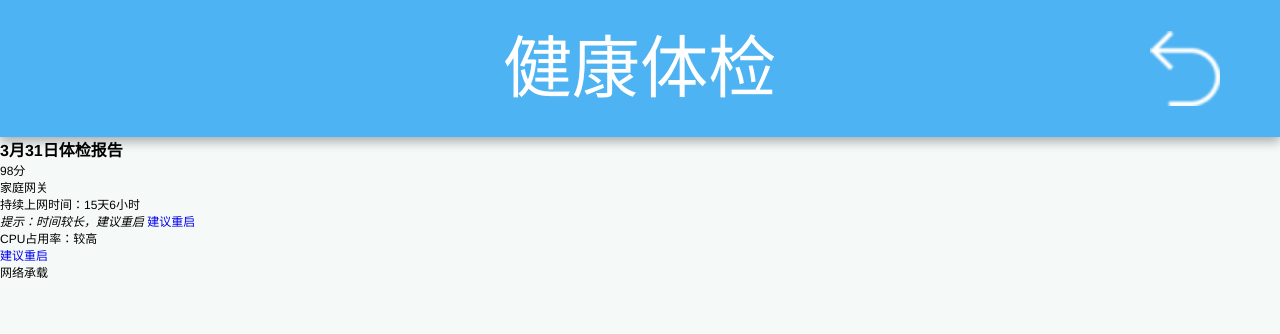
Repository: wangbiaozy/8.24
Page: index_health.html
The author's editor kept a copy of each file at every save. The page is drawn from the files as they stood at one save, then again after the next save.
The browser window is 1280 px wide. The pictures show the whole page.

Above is the page before, as saved 2018-08-23 20:24:37.

### index_health.html
<!DOCTYPE html>
<html lang="en">
<head>
    <meta charset="UTF-8">
    <meta name="viewport"
          content="width=device-width, user-scalable=no, initial-scale=1.0, maximum-scale=1.0, minimum-scale=1.0">
    <title>Title</title>
    <link rel="stylesheet" href="css/reset.min.css">
    <link rel="stylesheet/less" href="css/styles_test.less">
    <script src="js/less-1.7.0.min.js"></script>
</head>
<body>
    <header>
        <p>健康体检</p>
        <a class="back" href="javascript:void(0)"></a>
    </header>
    <main>
        <div class="head">
            <h2>
                <a href=""></a>
                <p><span>3月31日</span>体检报告</p>
                <a href=""></a>
            </h2>
            <p><span>98</span>分</p>
        </div>
        <div class="title">
            <span></span>
            <p>家庭网关</p>
        </div>
        <ul>
            <li>
                <p>持续上网时间：<span>15天6小时</span></p>
                <i>提示：时间较长，建议重启</i>
                <a href="javascript:void(0)">建议重启</a>
            </li>
            <li>
                <p>CPU占用率：<span>较高</span></p>
                <a href="javascript:void(0)">建议重启</a>
            </li>
        </ul>
        <div class="title">
            <span></span>
            <p>网络承载</p>
        </div>
    </main>
</body>
</html>
<script src="js/jquery-1.10.1.min.js"></script>
<script src="js/index.js"></script>

### css/reset.min.css
@charset "utf-8";
/*默认样式清除和初始化*/
body,h1,h2,h3,h4,h5,h6,hr,p,blockquote,dl,dt,dd,ul,ol,li,button,input,textarea,th,td{margin:0;padding:0}body{font-size:12px;font-style:normal;font-family:"\5FAE\8F6F\96C5\9ED1",Helvetica,sans-serif}small{font-size:12px}h1{font-size:18px}h2{font-size:16px}h3{font-size:14px}h4,h5,h6{font-size:100%}ul,ol{list-style:none}a{text-decoration:none;background-color:transparent}a:hover,a:active{outline-width:0;text-decoration:none}table{border-collapse:collapse;border-spacing:0}hr{border:0;height:1px}img{border-style:none}img:not([src]){display:none}svg:not(:root){overflow:hidden}html{-webkit-touch-callout:none;-webkit-text-size-adjust:100%}input,textarea,button,a{-webkit-tap-highlight-color:rgba(0,0,0,0)}article,aside,details,figcaption,figure,footer,header,main,menu,nav,section,summary{display:block}audio,canvas,progress,video{display:inline-block}audio:not([controls]),video:not([controls]){display:none;height:0}progress{vertical-align:baseline}mark{background-color:#ff0;color:#000}sub,sup{position:relative;font-size:75%;line-height:0;vertical-align:baseline}sub{bottom:-0.25em}sup{top:-0.5em}button,input,select,textarea{font-size:100%;outline:0}button,input{overflow:visible}button,select{text-transform:none}textarea{overflow:auto}button,html [type="button"],[type="reset"],[type="submit"]{-webkit-appearance:button}button::-moz-focus-inner,[type="button"]::-moz-focus-inner,[type="reset"]::-moz-focus-inner,[type="submit"]::-moz-focus-inner{border-style:none;padding:0}button:-moz-focusring,[type="button"]:-moz-focusring,[type="reset"]:-moz-focusring,[type="submit"]:-moz-focusring{outline:1px dotted ButtonText}[type="checkbox"],[type="radio"]{box-sizing:border-box;padding:0}[type="number"]::-webkit-inner-spin-button,[type="number"]::-webkit-outer-spin-button{height:auto}[type="search"]{-webkit-appearance:textfield;outline-offset:-2px}[type="search"]::-webkit-search-cancel-button,[type="search"]::-webkit-search-decoration{-webkit-appearance:none}::-webkit-input-placeholder{color:inherit;opacity:.54}::-webkit-file-upload-button{-webkit-appearance:button;font:inherit}.clear:after{display:block;height:0;content:"";clear:both}
*{ -webkit-tap-highlight-color: rgba(0,0,0,0);-webkit-tap-highlight-color: transparent; /* For some Androids */ }

### js/index.js
(function (doc, win) {
    var docEl = doc.documentElement,
        resizeEvt = 'orientationchange' in window ? 'orientationchange' : 'resize',
        recalc = function () {
            var clientWidth = docEl.clientWidth;
            if (!clientWidth) return;
            docEl.style.fontSize = 100 * (clientWidth / 750) + 'px';
        };
    if (!doc.addEventListener) return;
    win.addEventListener(resizeEvt, recalc, false);
    doc.addEventListener('DOMContentLoaded', recalc, false);
})(document, window);
$(function () {

    //首页一键体检
    $('#beforeBtn').on('click',function(){
        $('.before').hide();
        $('.check').show();
        $('.progress').circleProgress({
            value: 1,
            size: 115,
            startAngle: Math.PI/2,
            thickness: 14,
            animation: {duration:12000},//进度条完成时间（ms）
            fill: {
                gradient: ["#32edfd"]
            },
            //circle-animation-start：	function(event)-event - jQ事件
            //circle-animation-progress：	function(event, animationProgress, stepValue)：-event - jQ事件 animationProgress - 从0.0到1.0stepValue - 当前的步长值，从0.0到value
            //circle-animation-end:	function(event)：-event - jQ事件
        }).on('circle-animation-progress', function (event, progress, stepValue) {
                $(this).find('span').html(parseInt(stepValue.toFixed(2) * 100));
        }).on('circle-animation-end',function(){
            $('.message').removeClass('move');
            stop();
            $('.check').hide();
            $('.result').show();
        });
        start();
        messageMove();
    });

    //远程测速
    (function () {
        try {
            $('.progress_1').circleProgress({
                value: 1,
                size: 150,
                startAngle: Math.PI / 2,
                thickness: 14,
                animation: { duration: 24000 },//进度条完成时间（ms）
                fill: {
                    gradient: ["#32edfd"]
                },
            }).on('circle-animation-progress', function (event, progress, stepValue) {
                $(this).find('span').html(parseInt(stepValue.toFixed(2) * 100));
            }).on('circle-animation-end', function () {
                stop();
                $('.result_1').show();
                /* if(success){
                    $('.result_1').show();
                }else{
                    $('.result_2').show();
                } */
            });
            start();
        } catch{ }
    })();

    //优化按钮显示优化弹窗
    $('#showOptimizeTcBtn').on('click',function(){
        $('.tc_optimize').show();
    });


    //检查项滚动
    var messageInnerText = '1111';
    function messageScroll(){
        $('.message').children('li:first-child').remove();
        $('.message').append('<li>'+messageInnerText+'</li>');
        if(!$('.message').hasClass('move')){
            window.clearInterval(timer);
        }
    }
    function messageMove(){
        timer = window.setInterval(messageScroll,500);
    }


    //检测时间
    var hour,minute,second;
    hour=minute=second=0;
    var millisecond=0;
    var int;
    function start(){
        int=setInterval(times,50);
    }
    function times(){
        millisecond=millisecond+50;
        if(millisecond>=1000){
            millisecond=0;
            second=second+1;
        }
        if(second>=60){
            second=0;
            minute=minute+1;
        }

        if(minute>=60){
            minute=0;
            hour=hour+1;
        }
      $('#timeText').text((hour<10?"0"+hour:hour)+':'+(minute<10?"0"+minute:minute)+':'+(second<10?"0"+second:second));
    }
    function stop(){
        window.clearInterval(int);
    }


    //查看详细清单下拉
    $('.arrow').on('click',function(){
        var $this = $(this),
            $listBox = $(this).siblings('div');
        $listBox.slideToggle("normal",function(){
            if($listBox.css('display') === 'block'){
                $this.addClass('act');
                $this.siblings('p').css('opacity','0');
            }else{
                $this.removeClass('act');
                $this.siblings('p').css('opacity','1');
            }
        });
    });



    //网关重启 WIFI开关 LED指示灯开关 查看黑名单
    $('#controlBox').on('click','a',function(){
        var $this = $(this);
        if($this.hasClass('off')){
            $this.removeClass('off');
        }else{
            $this.addClass('off');
        }
    });

    $('#look_blacklist').on('click',function(){
        $('.blacklistModel').show();
    });

    //返回
    $('.back').on('click',function(){
        window.history.go(-1);
    });
    //关闭弹窗
    $('.close').on('click',function(){
        $(this).parent().hide();
        hideMask();
    });
    //显示遮罩层
    function showMask(){
        $("#mask").css("height",$(document).height());
        $("#mask").css("width",$(document).width());
        $("#mask").show();
        $('body').css('position','fixed');
    }
    //隐藏遮罩层
    function hideMask(){
        $("#mask").hide();
        $('body').css('position','unset');
    }
});

Loaded but not shown: js/less-1.7.0.min.js (library); js/jquery-1.10.1.min.js (library)

After the next save:
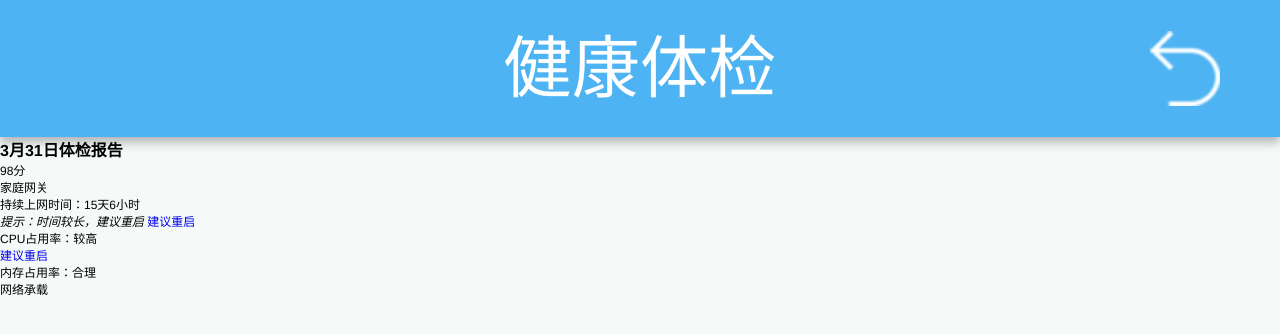
Saved 20 s later.
--- a/index_health.html
+++ b/index_health.html
@@ -37,6 +37,9 @@
                 <p>CPU占用率：<span>较高</span></p>
                 <a href="javascript:void(0)">建议重启</a>
             </li>
+            <li>
+                <p>内存占用率：<span>合理</span></p>
+            </li>
         </ul>
         <div class="title">
             <span></span>
